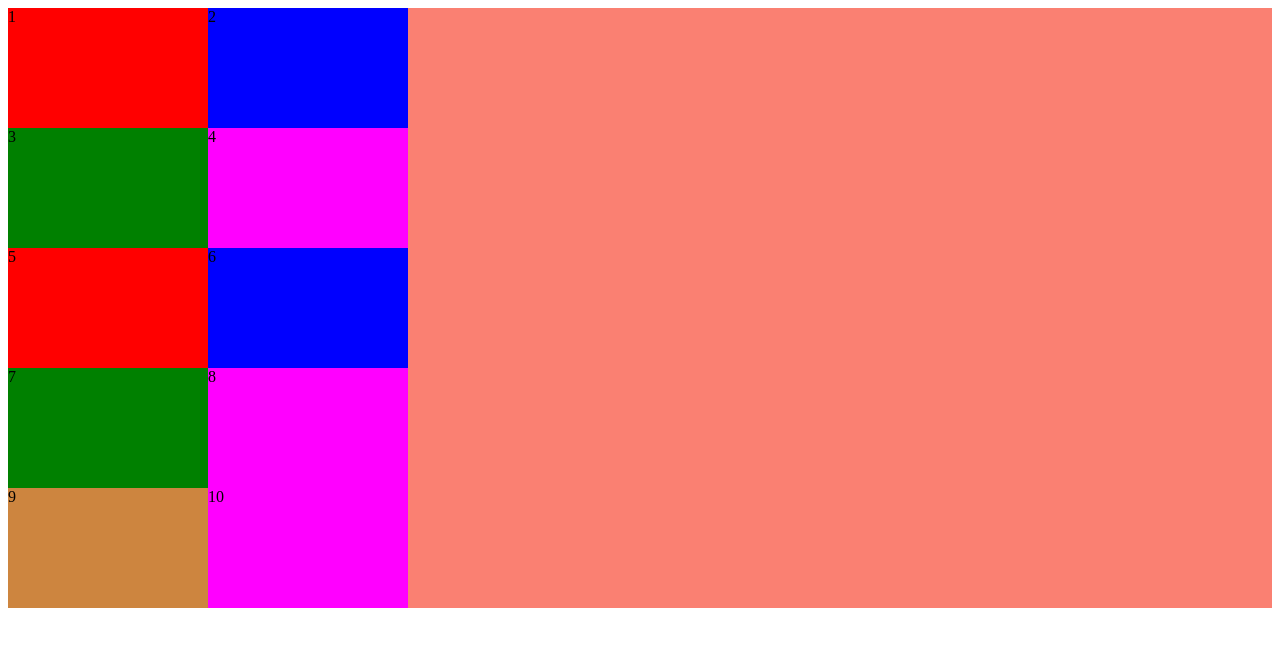
Repository: DinkarRavi/Dinkar_Coding
Page: 22aug24/grid.html
These files come from the project's save history. The page is drawn as it stood at one moment and after a run of saves; the edit follows.
The browser window is 1280 px wide. The pictures show the whole page.

Above is the page before, as saved 2024-08-22 15:03:28.

### 22aug24/grid.html
<!DOCTYPE html>
<html lang="en">
<head>
    <meta charset="UTF-8">
    <meta name="viewport" content="width=device-width, initial-scale=1.0">
    <title>Document</title>
    <link rel="stylesheet" href="grid.css">
</head>
<body>

        <div id="parent">
        <div>1</div>
        <div>2</div>
        <div>3</div>
        <div>4</div>
        <div>5</div>
        <div>6</div>
        <div>7</div>
        <div>8</div>
        <div>9</div>
        <div>10</div>

    </div>
</body>
</html>

### 22aug24/grid.css


#parent{
border: 2px;
background-color: salmon;
height: 600px;
display: grid;
grid-template-columns: 200px 200px;
}
div{
div:nth-child(1) {
  background: red;
}
div:nth-of-type(2) {
    background: blue;
  }
  div:nth-child(3) {
    background: green;
  }
  div:nth-child(4) {
    background: magenta;
  }
  div:nth-child(5) {
    background: red;
  }
  div:nth-of-type(6) {
      background: blue;
    }
    div:nth-child(7) {
      background: green;
    }
    div:nth-child(8) {
      background: magenta;
    }
    div:nth-child(9) {
        background:peru;
      }
      div:nth-child(10) {
        background: magenta;}
}

After the next 4 saves:
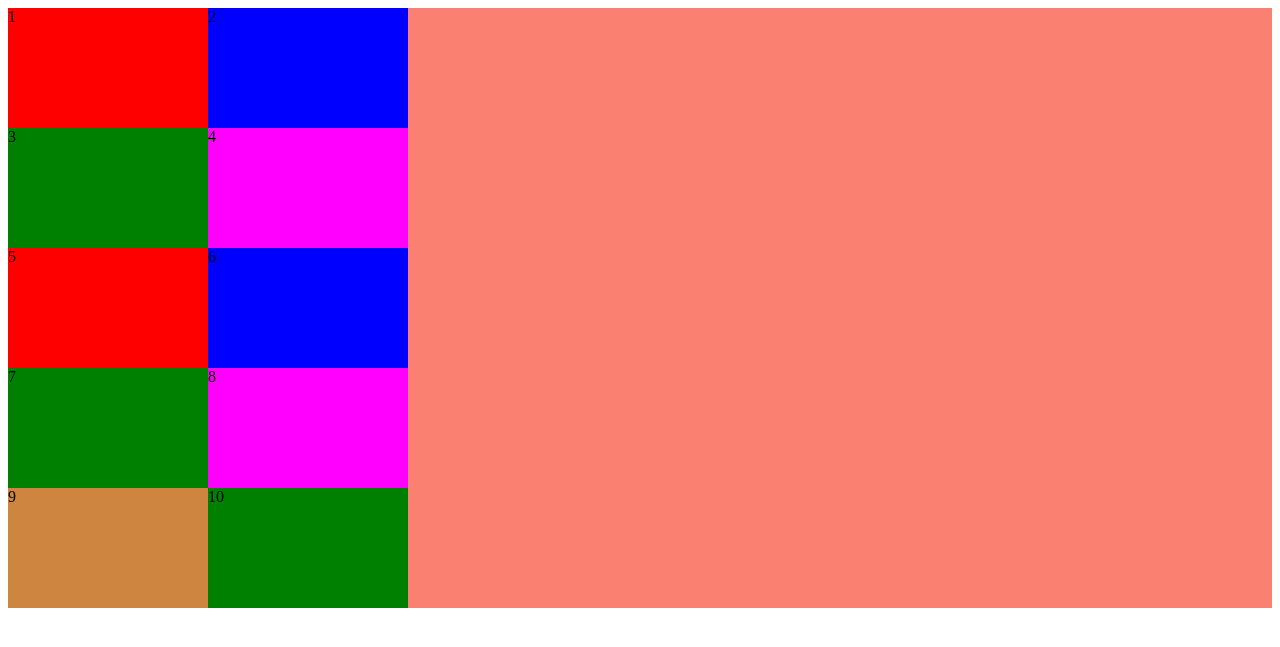
The 4 saves are shown as one change because they came seconds apart.
The last was saved 16 s later.
--- a/22aug24/grid.css
+++ b/22aug24/grid.css
@@ -36,5 +36,5 @@
         background:peru;
       }
       div:nth-child(10) {
-        background: magenta;}
+        background: green;}
 }
